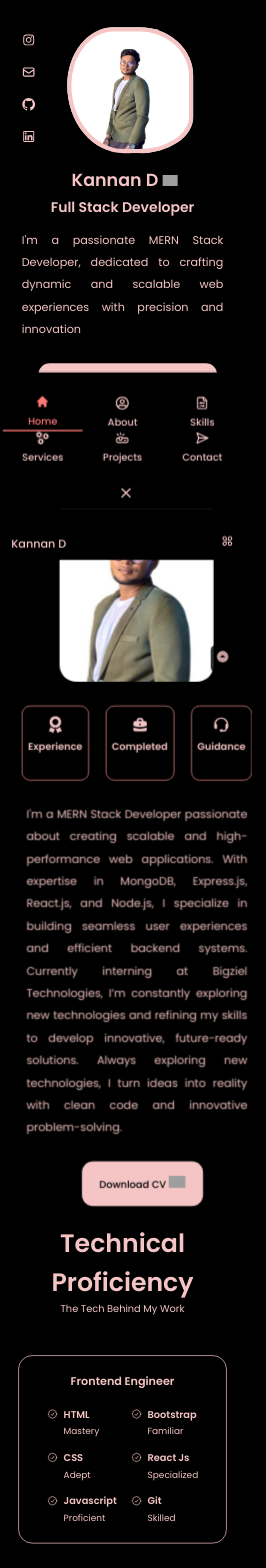
Repository: Kannan280/Portfolio
Page: /
An editor plug-in stored every save of this project. The page is shown before and after the next save, followed by the edit.
The browser window is 350 px wide. The page is 380 px wide, so the pictures cover 380 px, including what lies to the right of the window. The pictures show the part of the page from y = 0 to 2240 px (the page is 11485 px tall), at 70% of full size.
Pictures or frames that could not be fetched are drawn as grey boxes. The project was rebuilt for these pictures with package versions that can differ from the ones it lists, and the page was loaded fresh each time. Imported but missing from the stored project, and not drawn on this page: src/assets/KannanDResume.pdf.

Above is the page before, as saved 2025-06-30 21:49:48.

### public/index.html
<!DOCTYPE html>
<html lang="en">
  <head>
    <meta charset="UTF-8" />
    <meta name="viewport" content="width=device-width, initial-scale=1.0" />

    <!-- Fontawesome-->
    <link
      rel="stylesheet"
      href="https://cdnjs.cloudflare.com/ajax/libs/font-awesome/6.7.2/css/all.min.css"
      integrity="sha512-Evv84Mr4kqVGRNSgIGL/F/aIDqQb7xQ2vcrdIwxfjThSH8CSR7PBEakCr51Ck+w+/U6swU2Im1vVX0SVk9ABhg=="
      crossorigin="anonymous"
      referrerpolicy="no-referrer"
    />
    <link rel="icon" href="./portfolioicon.avif" type="image/AVIF">

    <title>Portfolio - Kannan D</title>
    <style>
      /* Enable smooth scrolling for the entire document */
html {
  scroll-behavior: smooth;
}

/* Optional: Apply scroll snapping on the body and sections for a controlled scroll experience */
body {
  scroll-snap-type: y mandatory;
}
section {
  scroll-snap-align: start;
}

/* Custom Scrollbar Styling for WebKit browsers */
::-webkit-scrollbar {
  width: 10px;
}

::-webkit-scrollbar-track {
  background: #f1f1f1;
}

::-webkit-scrollbar-thumb {
  background: #888;
  border-radius: 5px;
}

::-webkit-scrollbar-thumb:hover {
  background: #555;
}

    </style>
  </head>
  <body>
    <div id="root"></div>
  </body>
</html>

### src/components/Home.jsx
import React from "react";
import "./home.css";
import Social from "./Social";
import Data from "./Data";
import ScrollDown from "./ScrollDown";

const Home = () => {
  return (
    <section className="home section" id="home">
      <div className="home__container container grid">
        <div className="home__content grid">
            <Social />

            <div className="home__img"> </div>
            <Data />
        </div>
        <ScrollDown />
      </div>
    </section>
  );
};

export default Home;

### src/components/About.jsx
import React from "react";
import "./about.css";
import Aboutimg from "../assets/about.jpg";
import CV from "../assets/KannanDResume.pdf";
import Info from "./Info";

const About = () => {
  return (
    <section className="about section" id="about">
      <h2 className="section__title">A Bit About Me</h2>
      <span className="section__subtitle">A Brief Overview</span>

      <div className="about__container container grid">
        <img src={Aboutimg} alt="" className="about__img" />
        <div className="about__data">
          <Info />

          <p className="about__description">
            I'm a MERN Stack Developer passionate about creating scalable and
            high-performance web applications. With expertise in MongoDB,
            Express.js, React.js, and Node.js, I specialize in building seamless
            user experiences and efficient backend systems. Currently interning
            at Bigziel Technologies, I’m constantly exploring new technologies
            and refining my skills to develop innovative, future-ready
            solutions. Always exploring new technologies, I turn ideas into
            reality with clean code and innovative problem-solving.
          </p>
          <a download="" href={CV} className="button button--flex">
            Download CV{" "}
            <img
              width="24"
              height="24"
              src="https://img.icons8.com/fluency-systems-regular/48/document--v1.png"
              fill="var(--container-color)"
              alt="document--v1"
            />
          </a>
        </div>
      </div>
    </section>
  );
};

export default About;

### src/components/Skills.jsx
import React from "react";
import "./skills.css";
import Frontend from "./Frontend";
import Backend from "./Backend";
import Otherskills from "./Otherskills";

const Skills = () => {
  return (
    <section className="section skills" id="skills">
      <h2 className="section__title">Technical Proficiency</h2>
      <span className="section__subtitle">The Tech Behind My Work</span>
      <div className="skills__container container grid">
        <Frontend />
        <Backend />
        <Otherskills />
      </div>
    </section>
  );
};

export default Skills;

### src/components/Achievements.jsx
import "./achievement.css";
import { Data as AchievementsData } from "./AchievementsData";
import React from 'react';
// Import Swiper React components
import { Swiper, SwiperSlide } from 'swiper/react';

// Import Swiper styles
import 'swiper/css';
import 'swiper/css/pagination';
import { Pagination } from 'swiper/modules';


const Achievements = () => {
  return (
    <section className="testimonials section container">
      <h2 className="section__title">Milestones</h2>
      <span className="section__subtitle">Noteworthy Feats</span>

      <Swiper className= "testimonial__container"
      grabCursor={true}
        spaceBetween={24}
        pagination={{
          clickable: true,
        }}
        breakpoints={{
          576: {
            slidesPerView: 1
          },
          768: {
            slidesPerView: 1,
            spaceBetween: 48,
          },
          }}
        modules={[Pagination]}

        loop={true} >
        {AchievementsData.map(({ id, image, title, description }) => (
          <SwiperSlide key={id} className="testimonial__card">
            <img src={image} alt={title} className="testimonial__image" />
            <h3 className="testimonial__name">{title}</h3>
            <p className="testimonial__description">{description}</p>
          </SwiperSlide>
        ))}
      </Swiper>
    </section>
  );
};

export default Achievements;

### src/components/Scrollup.jsx
import React from 'react';
import { IoMdArrowDropupCircle } from "react-icons/io";
import "./scrollup.css"

const Scrollup = () => {
    window.addEventListener("scroll", function(){
        const scrollUp = document.querySelector(".scrollup");
        if(this. screenY >= 560 ) scrollUp.classList.add("show-scroll");
        else scrollUp.classList.remove("show-scroll");
    })
  return (
    <a href="#" className="scrollup"><i className="uil ui -arrow-up scrollup__icon"><IoMdArrowDropupCircle /></i></a>
  )
}

export default Scrollup

### src/components/Work.jsx
import React from 'react';
import "./work.css";
import Works from './Works';

const Work = () => {
  return (
    <section className="work section" id='portfolio'>
        <h2 className="section__title">Showcasing My Work</h2>
        <span className="section__subtitle">Pushing boundaries through technology and creativity.</span>
        <Works />
    </section>
  )
}

export default Work

### src/components/Social.jsx
import React from 'react';
import { AiOutlineInstagram } from "react-icons/ai";
import { HiOutlineMail } from "react-icons/hi";
import { GrGithub } from "react-icons/gr";
import { AiOutlineLinkedin } from "react-icons/ai";

const Social = () => {
  return (
    <div className="home__social">
        <a href="https://www.instagram.com/_dk_280_/" className="home__social-icon" target=' _blank'>
            <i className="uil uil-instagram"><AiOutlineInstagram /></i>
        </a>

        <a href="https://mail.google.com/mail/u/0/#inbox/FMfcgzQZTpwsPkcGdTCVDvWgMDNLVDnC?compose=CllgCJfmrkhshsMgpzDCmcTsxQLQGSMxlJPgSmnnmsBKnrKFgTDMxggxskxjxcnNbtrPfbXxsVq" className="home__social-icon" target=' _blank'>
            <i className="uil uil-email"><HiOutlineMail /></i>
        </a>

        <a href="https://github.com/Kannan280" className="home__social-icon" target=' _blank'>
            <i className="uil uil-github"><GrGithub /></i>
        </a>

        <a href="www.linkedin.com/in/kannan-d-560a51247" className="home__social-icon" target=' _blank'>
            <i className="uil uil-email"><AiOutlineLinkedin /></i>
        </a>

    </div>
  )
}

export default Social

### src/components/Data.jsx
import React from "react";

const Data = () => {
  return (
    <div className="home__data">
      <h1 className="home__title">
        Kannan D{" "}
        <img
          width="45"
          height="45"
          src="https://img.icons8.com/emoji/48/hand-with-fingers-splayed-emoji.png"
          alt="hand-with-fingers-splayed-emoji"
          className="home__hand"
        />
      </h1>
      <h3 className="home__subtitle">Full Stack Developer</h3>
      <p className="home__description">
        I'm a passionate MERN Stack Developer, dedicated to crafting dynamic and
        scalable web experiences with precision and innovation
      </p>
      <a href="#contact" className="button button--flex">
        Start Something Amazing
        <img
          width="24"
          height="24"
          src="https://img.icons8.com/emoji/48/waving-hand-emoji.png"
          alt="waving-hand-emoji"
          fill="var(--body-color)"
        />
      </a>
    </div>
  );
};

export default Data;

### src/components/ScrollDown.jsx
import React from 'react';
import { MdMouse } from "react-icons/md";
import { CiSaveDown2 } from "react-icons/ci";

const ScrollDown = () => {
  return (
   <div className="home__scroll">
    <a href="#about" className="home__scroll-button button--flex">
        <i className="uil uil-mouse"><MdMouse /></i>
        <span className="home__scroll-name">Scroll Down</span>
        <i className="uil uil-arrow-down home__scroll-arrow"><CiSaveDown2 /></i>
    </a>
   </div>
  )
}

export default ScrollDown

### src/components/Info.jsx
import React from "react";
import { FaAward } from "react-icons/fa";
import { HiBriefcase } from "react-icons/hi";
import { BiSupport } from "react-icons/bi";


const Info = () => {
  return (
    <div className="about__info grid ">
      <div className="about__box">
        <i className="bx bx-award about__icon"><FaAward /></i>
        <h3 className="about__title">Experience</h3>
          <span className="about__subtitle">0.3 Years</span>

      </div>

      <div className="about__box">
      <i className="bx bx-briefcase-alt about__icon"><HiBriefcase /></i>
        <h3 className="about__title">Completed   </h3>

          <span className="about__subtitle">5+ Projects</span>

      </div>

      <div className="about__box">
      <i className="bx bx-support about__icon"><BiSupport /></i>
        <h3 className="about__title">Guidance</h3>

          <span className="about__subtitle">24/7</span>

      </div>
    </div>
  );
};

export default Info;

### src/components/skills.css
span.skills__level{
    color: #f5c5c5;
}

i.bx.bx-badge-check{
    color: #f5c5c5;
}

.skills__container{
    grid-template-columns: repeat(3, 350px);
    column-gap: 3rem !important;
    justify-content: center;

}

.skills__content{
    background-color: var(--body-color);
    border: 1px solid rgba(245,197,197, 1);
    padding: 2rem 4rem;
    border-radius: 1.25rem;
    align-items: center;


}

.skills__title{
    font-size: var(--normal-font);
    font-weight: var(--font-medium);
    text-align: center;
    margin-bottom: var(--mb-1-5);
}

.skills__box{
    display: flex;
    justify-content: center;
    column-gap: 2rem;
}


.skills__group{
    display: grid;
    align-items: flex-start;
    row-gap: 1rem;
}


.skills__data{
    display: flex;
    column-gap: 0.5rem;
}

.skills .bx-badge-check{
    font-size: 1rem;
}

.skills__name{
    font-size: var(--normal-font);
    font-weight: var(--font-medium);
    line-height: 1.5;
}

.skills__level{
    font-size: 0.8rem;
}
/* breakpoints */
  /* large devices */
  @media screen and (max-width: 992px) {
.skills__container{
    grid-template-columns: max-content;
    row-gap: 2rem;

}
  }

  @media screen and (max-width: 576px) {
    .skills__container{
        grid-template-columns: 1fr;

    }

    .skills__content{
        margin: 1.5rem;
        padding: 1.5rem ;
    }
    .section__subtitle{
        margin-bottom: 2rem !important;
    }
  }
  /* small devices */
  @media screen and (max-width:435px ) {

    .skills__box{
        column-gap: 1.25rem;
    }
    .skills__name{
        font-size: var(--small-font);
    }

    }

### src/components/Backend.jsx
import React from 'react';
import { HiOutlineCheckBadge } from "react-icons/hi2";

const Backend = () => {
  return (
     <div className="skills__content">
            <h3 className="skills__title">Backend Engineer</h3>
        <div className="skills__box">
            <div className="skills__group">
                <div className="skills__data">
                <i className="bx bx-badge-check"><HiOutlineCheckBadge /></i>

                <div>
                    <h3 className="skills__name">Node Js</h3>
                    <span className="skills__level">Operational</span>
                </div>
                </div>

                <div className="skills__data">
                <i className="bx bx-badge-check"><HiOutlineCheckBadge /></i>

                <div>
                    <h3 className="skills__name">Express Js</h3>
                    <span className="skills__level">Building Expertise</span>
                </div>
                </div>

                <div className="skills__data">
                <i className="bx bx-badge-check"><HiOutlineCheckBadge /></i>

                <div>
                    <h3 className="skills__name">Mongo DB</h3>
                    <span className="skills__level">Mid-Level Expertise</span>
                </div>
                </div>
            </div>
        </div>
        </div>
  )
}

export default Backend

### src/components/AchievementsData.jsx
import image1 from "../assets/testimonial1.jpg";
import image2 from "../assets/testimonial2.jpg";
import image3 from "../assets/testimonial3.jpg";
import image4 from "../assets/testimonial4.jpg";
import image5 from "../assets/testimonial5.jpg";
import image6 from"../assets/testimonial6.jpg";

export const Data = [
  {
    id: 1,
    image: image1,
    title: "Technical Event Host",
    description:
      "Managed and hosted a research presentation event, providing a platform for students to showcase their ideas",
  },
  {
    id: 2,
    image: image2,
    title: "Data Science with Python Achievement",
    description:
      "Developed proficiency in Python for data analysis through NPTEL’s structured learning program.",
  },

  {
    id: 3,
    image: image3,
    title: "Hosted IEEE Online Quiz Event",
    description:
      "Organized and hosted a virtual quiz competition on the IEEE platform, fostering learning and participation.",
  },
  {
    id: 4,
    image: image4,
    title: "Mastered Circuit Debugging Challenge",
    description:
      "Secured 1st place in a competitive circuit debugging event, showcasing strong analytical and problem-solving skills.",
  },
  {
    id: 5,
    image: image5,
    title: "German Language Mastery & Coaching",
    description:
      "Acquired proficiency in German and capable of providing training for beginners.",
  },
  {
    id: 6,
    image: image6,
    title: "Full Stack Development Expertise",
    description:
      "Successfully completed a Full Stack Developer course specializing in the MERN stack.",
  }
];

### src/components/scrollup.css
.scrollup {
  position: fixed;
  right: 2.5rem;
  bottom: -20%;
  background-color: var(--body-color);
  opacity: 0.8;
  padding: 0.3rem 0.5rem;
  border-radius: 0.4rem;
  z-index: var(--z-tooltip);
  transition: 0.4s;
}
.scrollup__icon{
    font-size: 2rem;
    color: var(--container-color);

}
.scrollup__icon:hover{
    background-color: var(--title-color-dark);
}

.show-scroll{
bottom: 3rem;
}

/* breakpoints */
  /* large devices */
  @media screen and (max-width: 992px) {
    .scrollup{
        right: 1.5rem;
        padding: 0.25rem 0.4rem;
    }
    .scrollup__icon{
        font-size: 1.25rem;
    }
  }
  /* medium device */
  @media screen and (max-width: 768px) {
    .show-scroll{
        bottom: 4rem;
    }
  }

  /* small devices */
  @media screen and (max-width:350px ) {
    .scrollup{
        right: 1rem;
    }
  }

### src/components/work.css
.work__container{
    grid-template-columns: repeat(2, max-content);
    gap: 2rem !important;
    justify-content: center;
}

.work__image{
    width: 295px;
    border-radius: 1rem;
    margin-bottom: var(--mb-1);
}

.work__card{
    background-color: var(--body-color);
    border: 1px solid rgba(245,147,147,1);
    padding: 1.25rem;
    border-radius: 1rem;
    width: 370px;
}

.work__title{
    font-size: var(--normal-font);
    font-weight: var(--font-medium);
    margin-bottom: var(--mb-0-5);

}

.work__button{
    color: var(--title-color);
    font-size: var(--small-font);
    display: flex;
    align-items: center;
    column-gap: 0.25rem;
}

.work__button-icon{
    font-size: 1rem;
    transition: .4s;
}

.work__button:hover .work__button-icon {
    transform: translateX(0.25rem);

}


.work__filters{
    display: flex;
    justify-content: center;
    align-items: center;
    column-gap: 0.75rem;
    margin-bottom: var(--mb-2);
}

.work__item{
    cursor: pointer;
    text-transform: capitalize;
    color: var(--title-color);
    padding: 0.25rem 0.75rem;
    font-weight: var(--font-medium);
    border-radius: 0.5rem;
}

.work__item:hover{
background-color: var(--title-color) ;
color: black;
}

/* Active-work */

.active-work{
    background-color: var(--title-color);
    color: black;
}

/* breakpoints */
  /* large devices */
  @media screen and (max-width: 992px) {
    .work__container{
        gap: 1.25rem;
    }
    .work__card{
        padding: 1rem;
    }
    .work__image{
        margin-bottom: 0.75rem;
    }
    .work__title{
        margin-bottom: 0.25rem;
    }
  }
  /* medium device */
  @media screen and (max-width: 768px) {
    .work__container{
        grid-template-columns: max-content;
    }
  }

  @media screen and (max-width: 576px) {
    .work__container{
        grid-template-columns: 1fr;
    }
    .work__image{
        width: 100%;
    }
  }
  /* small devices */
  @media screen and (max-width:435px ) {
    .work__item{
        font-size: var(--small-font);
    }
    .work__filters{
        column-gap:0.25rem;
    }
}

### src/components/Works.jsx
import React, { useEffect, useState } from "react";
import { projectsNav, Data } from "./WorkData";
import Workitems from "./Workitems";

const Works = () => {
  const [item, setitem] = useState({ name: "All" });
  const [project, setproject] = useState([]);
  const [active, setactive] = useState(0);

  useEffect(() => {
    if (item.name === "All") {
      setproject(Data);
    } else {
      const newprojects = Data.filter((project) => project.category === item.name);
      setproject(newprojects);
    }
  }, [item]);

  const handleclick = (e, index) => {
    setitem({ name: e.target.textContent });
    setactive(index);
  };

  return (
    <div>
      <div className="work__filters">
        {projectsNav.map((item, index) => (
          <span
            onClick={(e) => handleclick(e, index)}
            className={`${active === index ? "active-work" : ""} work__item`}
            key={index}
          >
            {item.name}
          </span>
        ))}
      </div>
      <div className="work__container container grid">
        {project.map((item) => (
          <Workitems item={item} key={item.id} />
        ))}
      </div>
    </div>
  );
};

export default Works;

### src/components/Workitems.jsx
import React from 'react';
import { FaArrowRightToBracket } from "react-icons/fa6";

const Workitems = ({item}) => {
  return (
    <div className="work__card" key={item.id}>
        <img src={item.image} className='work__image' alt='work-image' />
        <h3 className="work__title">{item.title}</h3>
        <a href={item.link} className="work__button">Prototype <i className="bx bx-right-arrow-alt work__button-icon"> <FaArrowRightToBracket /></i></a>

    </div>
  )
}

export default Workitems

Loaded but not shown: src/index.js (common file); src/index.css (common file); src/reportWebVitals.js (common file); src/App.js (35 lines, source omitted); src/components/Services.jsx (284 lines, source omitted); src/components/Qualification.jsx (192 lines, source omitted); src/components/Contact.jsx (158 lines, source omitted); src/components/home.css (254 lines, source omitted); src/components/contact.css (204 lines, source omitted); src/components/achievement.css (186 lines, source omitted); src/components/Header.jsx (73 lines, source omitted); src/components/header.css (204 lines, source omitted); src/App.css (185 lines, source omitted); src/components/about.css (179 lines, source omitted); src/components/WorkData.jsx (109 lines, source omitted); src/components/services.css (132 lines, source omitted); src/components/Otherskills.jsx (62 lines, source omitted); src/components/qualification.css (112 lines, source omitted); src/components/Frontend.jsx (71 lines, source omitted); src/components/Footer.jsx (54 lines, source omitted); src/components/footer.css (106 lines, source omitted)

After the next save:
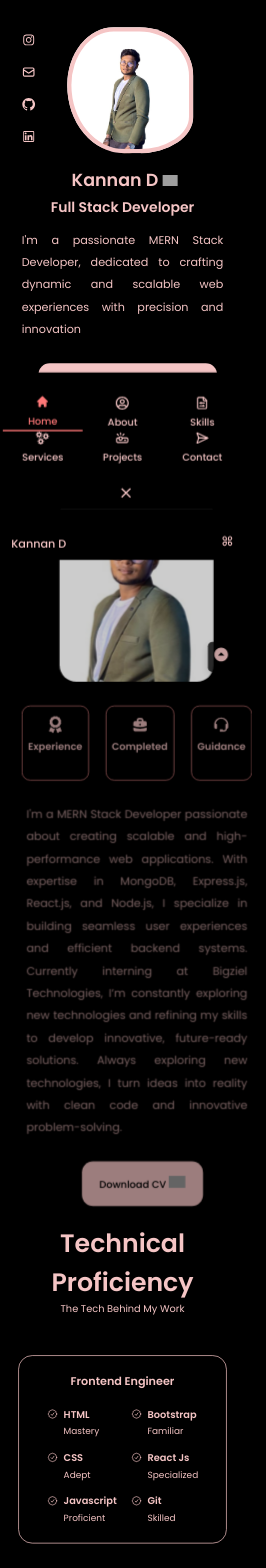
Saved 17 s later.
--- a/src/components/scrollup.css
+++ b/src/components/scrollup.css
@@ -1,3 +1,28 @@
+/* ================= Animations ================= */
+@keyframes bounceUp {
+  0% {
+    transform: translateY(0);
+  }
+  50% {
+    transform: translateY(-8px);
+  }
+  100% {
+    transform: translateY(0);
+  }
+}
+
+@keyframes fadeInUp {
+  0% {
+    opacity: 0;
+    transform: translateY(30px);
+  }
+  100% {
+    opacity: 0.8;
+    transform: translateY(0);
+  }
+}
+
+/* ================= Scroll-Up Styles ================= */
 .scrollup {
   position: fixed;
   right: 2.5rem;
@@ -7,42 +32,52 @@
   padding: 0.3rem 0.5rem;
   border-radius: 0.4rem;
   z-index: var(--z-tooltip);
-  transition: 0.4s;
-}
-.scrollup__icon{
-    font-size: 2rem;
-    color: var(--container-color);
-
-}
-.scrollup__icon:hover{
-    background-color: var(--title-color-dark);
+  transition: bottom 0.4s, transform 0.3s, opacity 0.4s;
+  box-shadow: 0 4px 12px rgba(0, 0, 0, 0.2);
 }
 
-.show-scroll{
-bottom: 3rem;
+/* Visible state with fade-in */
+.show-scroll {
+  bottom: 3rem;
+  animation: fadeInUp 0.6s ease forwards;
 }
 
-/* breakpoints */
-  /* large devices */
-  @media screen and (max-width: 992px) {
-    .scrollup{
-        right: 1.5rem;
-        padding: 0.25rem 0.4rem;
-    }
-    .scrollup__icon{
-        font-size: 1.25rem;
-    }
+.scrollup:hover {
+  transform: translateY(-5px) scale(1.1);
+  opacity: 1;
+}
+
+/* Icon bounce effect */
+.scrollup__icon {
+  font-size: 2rem;
+  color: var(--container-color);
+  animation: bounceUp 2s infinite;
+  transition: color 0.3s ease;
+}
+
+.scrollup__icon:hover {
+  color: var(--title-color-dark);
+}
+
+/* ================= Responsive ================= */
+@media screen and (max-width: 992px) {
+  .scrollup {
+    right: 1.5rem;
+    padding: 0.25rem 0.4rem;
   }
-  /* medium device */
-  @media screen and (max-width: 768px) {
-    .show-scroll{
-        bottom: 4rem;
-    }
+  .scrollup__icon {
+    font-size: 1.5rem;
   }
+}
 
-  /* small devices */
-  @media screen and (max-width:350px ) {
-    .scrollup{
-        right: 1rem;
-    }
+@media screen and (max-width: 768px) {
+  .show-scroll {
+    bottom: 4rem;
   }
+}
+
+@media screen and (max-width: 350px) {
+  .scrollup {
+    right: 1rem;
+  }
+}

After the save that followed:
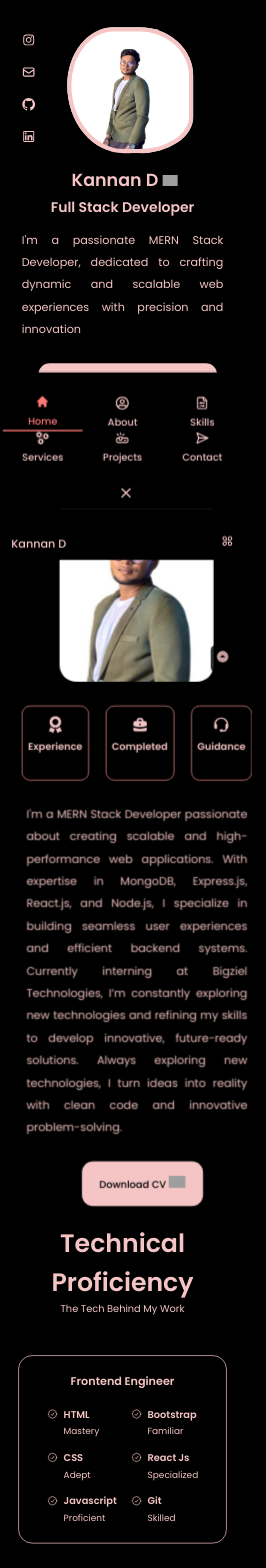
Saved 10 s later.
--- a/src/components/scrollup.css
+++ b/src/components/scrollup.css
@@ -1,28 +1,3 @@
-/* ================= Animations ================= */
-@keyframes bounceUp {
-  0% {
-    transform: translateY(0);
-  }
-  50% {
-    transform: translateY(-8px);
-  }
-  100% {
-    transform: translateY(0);
-  }
-}
-
-@keyframes fadeInUp {
-  0% {
-    opacity: 0;
-    transform: translateY(30px);
-  }
-  100% {
-    opacity: 0.8;
-    transform: translateY(0);
-  }
-}
-
-/* ================= Scroll-Up Styles ================= */
 .scrollup {
   position: fixed;
   right: 2.5rem;
@@ -32,52 +7,42 @@
   padding: 0.3rem 0.5rem;
   border-radius: 0.4rem;
   z-index: var(--z-tooltip);
-  transition: bottom 0.4s, transform 0.3s, opacity 0.4s;
-  box-shadow: 0 4px 12px rgba(0, 0, 0, 0.2);
+  transition: 0.4s;
+}
+.scrollup__icon{
+    font-size: 2rem;
+    color: var(--container-color);
+
+}
+.scrollup__icon:hover{
+    background-color: var(--title-color-dark);
 }
 
-/* Visible state with fade-in */
-.show-scroll {
-  bottom: 3rem;
-  animation: fadeInUp 0.6s ease forwards;
+.show-scroll{
+bottom: 3rem;
 }
 
-.scrollup:hover {
-  transform: translateY(-5px) scale(1.1);
-  opacity: 1;
-}
+/* breakpoints */
+  /* large devices */
+  @media screen and (max-width: 992px) {
+    .scrollup{
+        right: 1.5rem;
+        padding: 0.25rem 0.4rem;
+    }
+    .scrollup__icon{
+        font-size: 1.25rem;
+    }
+  }
+  /* medium device */
+  @media screen and (max-width: 768px) {
+    .show-scroll{
+        bottom: 4rem;
+    }
+  }
 
-/* Icon bounce effect */
-.scrollup__icon {
-  font-size: 2rem;
-  color: var(--container-color);
-  animation: bounceUp 2s infinite;
-  transition: color 0.3s ease;
-}
-
-.scrollup__icon:hover {
-  color: var(--title-color-dark);
-}
-
-/* ================= Responsive ================= */
-@media screen and (max-width: 992px) {
-  .scrollup {
-    right: 1.5rem;
-    padding: 0.25rem 0.4rem;
+  /* small devices */
+  @media screen and (max-width:350px ) {
+    .scrollup{
+        right: 1rem;
+    }
   }
-  .scrollup__icon {
-    font-size: 1.5rem;
-  }
-}
-
-@media screen and (max-width: 768px) {
-  .show-scroll {
-    bottom: 4rem;
-  }
-}
-
-@media screen and (max-width: 350px) {
-  .scrollup {
-    right: 1rem;
-  }
-}
